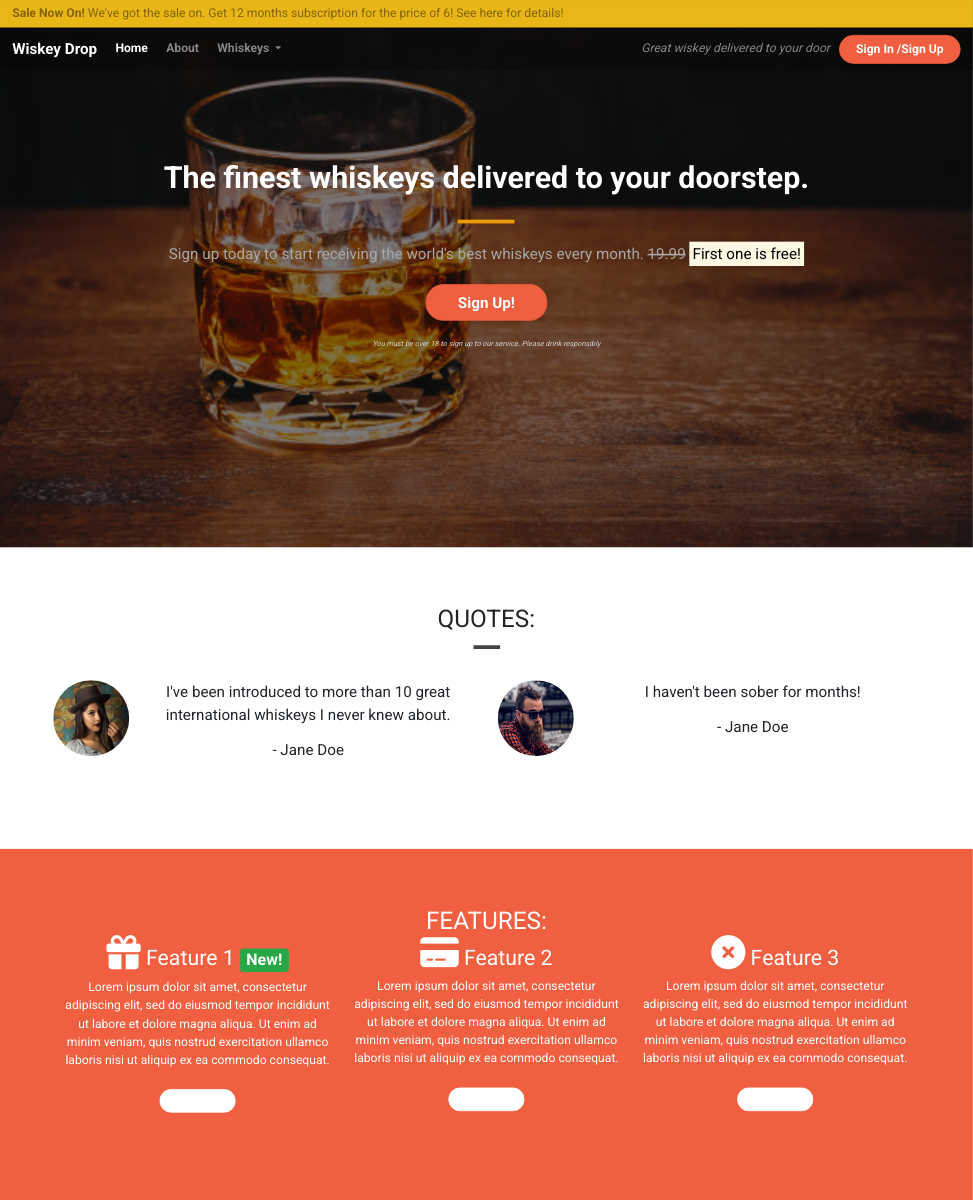
Repository: manub7/bootstrap4-mobile-first
Page: index.html
The author's editor kept a record of every edit. The page is drawn from the files as they stood at one moment, then again after the next edit.
The browser window is 1280 px wide. The pictures show the whole page, at 76% of full size.
Backgrounds fixed to the window are drawn as part of the page. Some web libraries are served in a nearby version.

Above is the page before.

After the next edit:
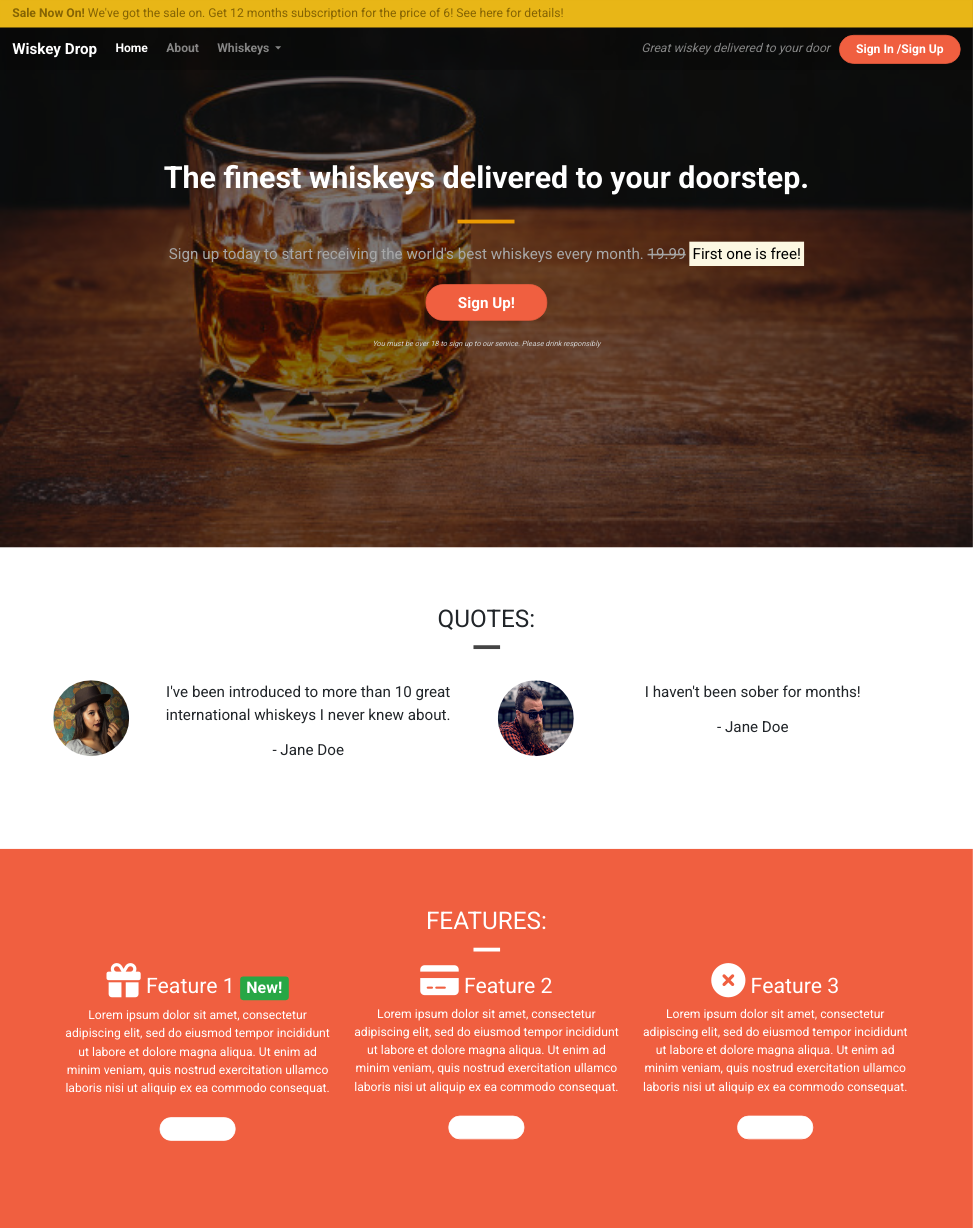
The edit:
--- a/index.html
+++ b/index.html
@@ -132,6 +132,7 @@
                     <div class="row">
                         <div class="col-12 page-header">
                             <h2 class="text-uppercase">Features:</h2>
+                            <hr class="block-divider block-divider--short block-divider--white">
                         </div>
                     </div>
 
